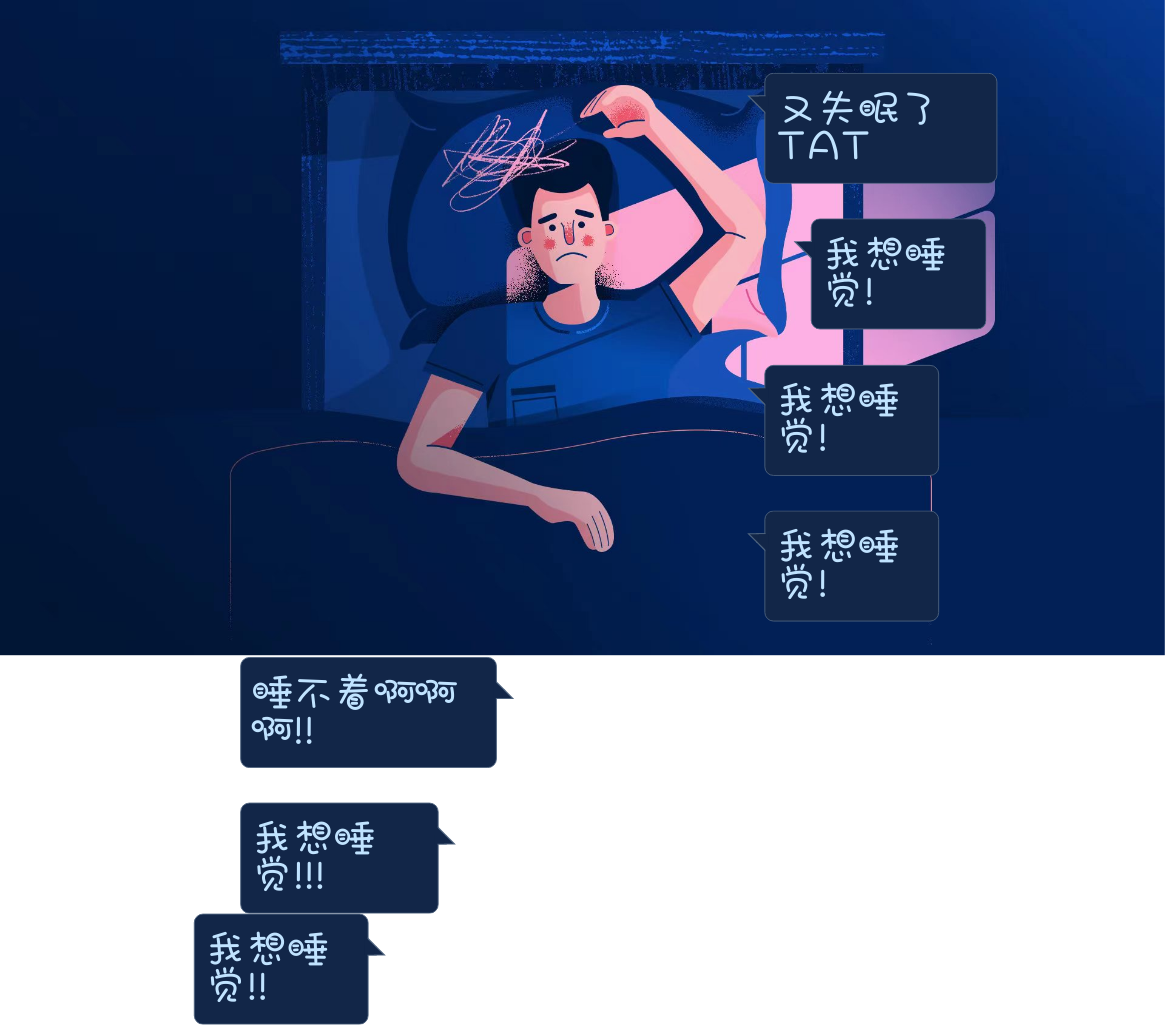
Repository: chjyume/zhongyi
Page: index2.html
An editor plug-in stored every save of this project. The page is shown before and after the next save, followed by the edit.
The browser window is 1280 px wide. The page is 1288 px wide, so the pictures cover 1288 px, including what lies to the right of the window. The pictures show the whole page, at 91% of full size.

Above is the page before, as saved 2023-06-25 11:38:01.

After the next save:
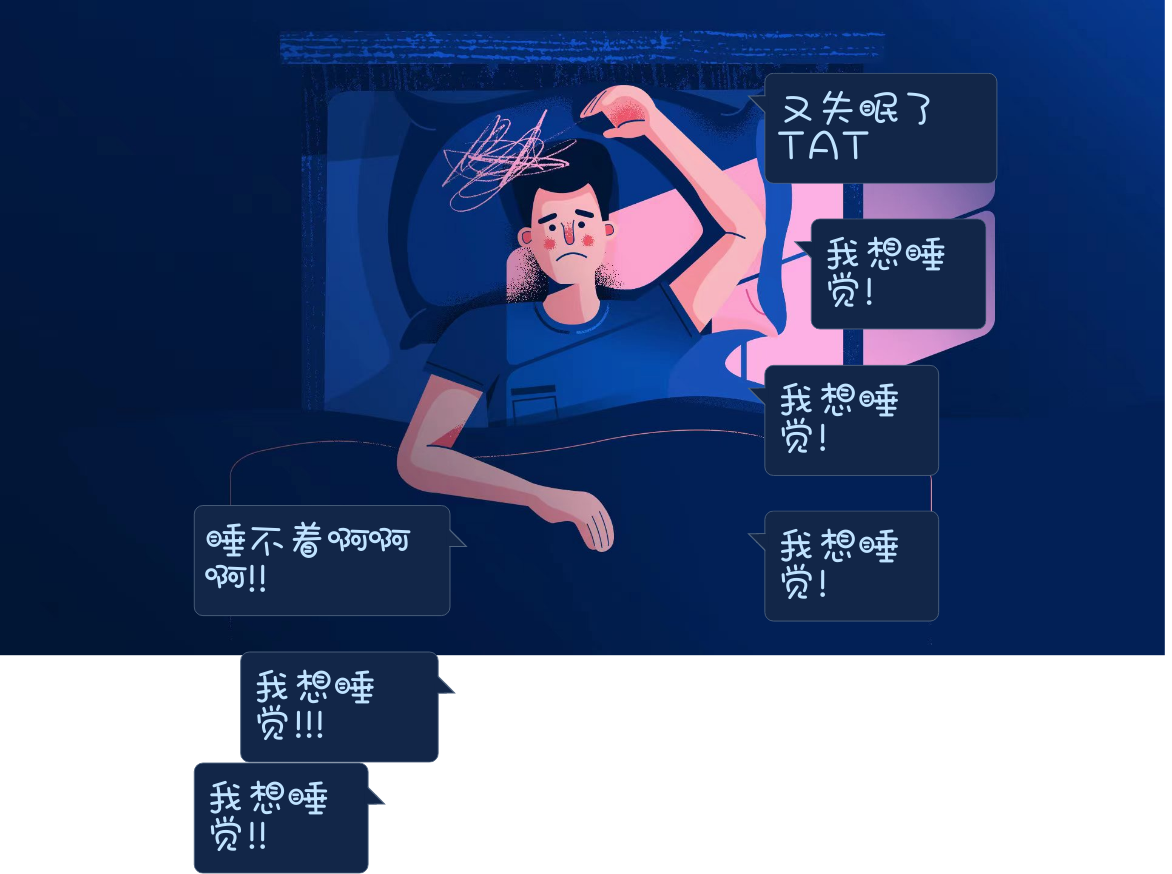
Saved 23 s later.
--- a/index2.html
+++ b/index2.html
@@ -26,7 +26,7 @@
 		<div class="bubble1" id="text2" style="width: calc(13%)">我想睡觉!</div>
 		<div class="bubble1" id="text4" style="width: calc(13%)">我想睡觉!</div>
 		<div class="bubble1" id="text4" style="width: calc(13%)">我想睡觉!</div>
-		<div class="bubble2" id="text2" style="width: calc(20%)">睡不着啊啊啊!!</div>
+		<div class="bubble2" id="text3" style="width: calc(20%)">睡不着啊啊啊!!</div>
 		<div class="bubble2" id="text2" style="width: calc(15%)">我想睡觉!!!</div>
 		<div class="bubble2" id="text1" style="width: calc(13%)">我想睡觉!!</div>
 
--- a/css/index2.css
+++ b/css/index2.css
@@ -85,7 +85,7 @@
     animation: bubble 2s linear 1.5s 1 normal forwards;
   }
   #text3{
-    margin-top: calc(-30%);
+    margin-top: calc(-10%);
     margin-right: calc(2%);
     animation: bubble 2s linear 1s 1 normal forwards;
   }
